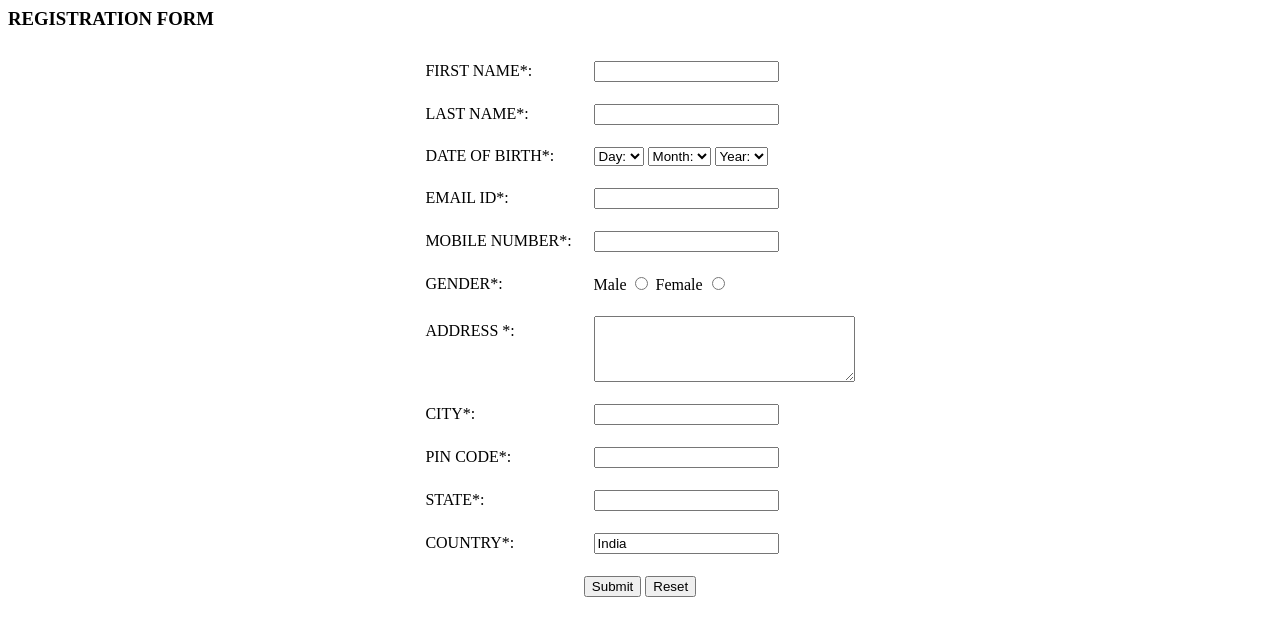
Repository: varshaumeshhs55/ServletProject
Page: LoginRegistrationApp/WebContent/index5.html
An editor plug-in stored every save of this project. The page is shown before and after the next save, followed by the edit.
The browser window is 1280 px wide. The pictures show the whole page.

Above is the page before, as saved 2019-01-22 10:44:09.

After the next save:
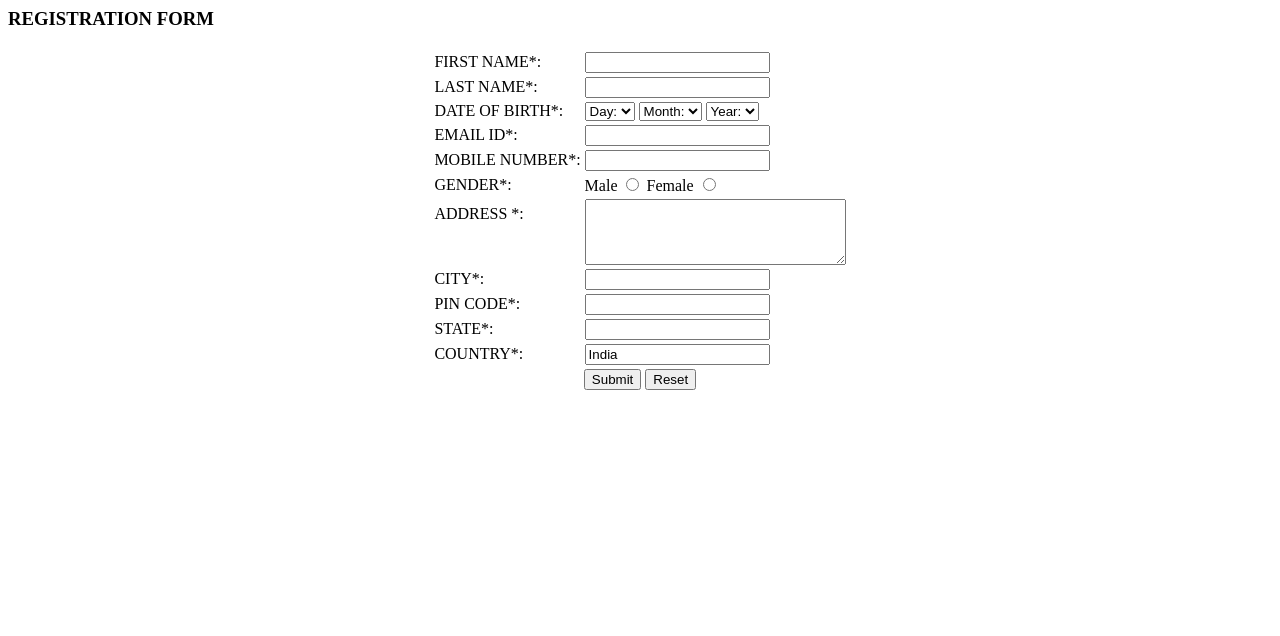
Saved 5 min 15 s later.
--- a/LoginRegistrationApp/WebContent/index5.html
+++ b/LoginRegistrationApp/WebContent/index5.html
@@ -8,7 +8,7 @@
 <h3>REGISTRATION FORM</h3>
 
 
-<table align="center" cellpadding = "10">
+<table align="center">
 
 <!----- First Name ---------------------------------------------------------->
 <tr>

After the save that followed:
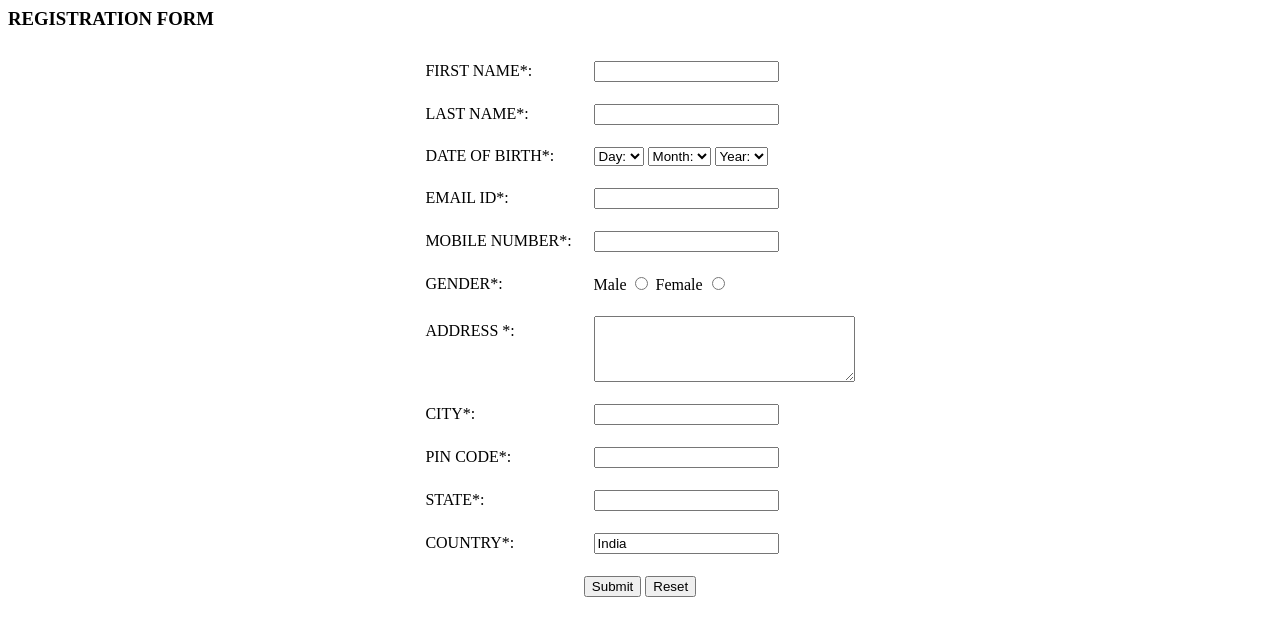
Saved 16 s later.
--- a/LoginRegistrationApp/WebContent/index5.html
+++ b/LoginRegistrationApp/WebContent/index5.html
@@ -8,7 +8,7 @@
 <h3>REGISTRATION FORM</h3>
 
 
-<table align="center">
+<table align="center" cellpadding = "10">
 
 <!----- First Name ---------------------------------------------------------->
 <tr>
